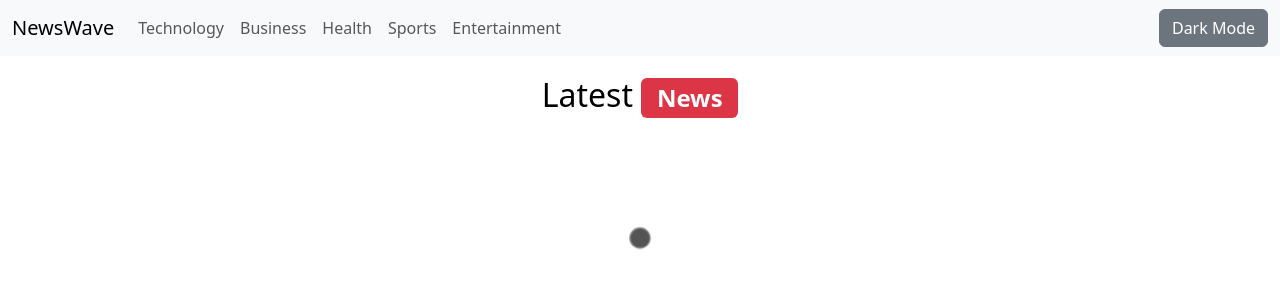
Repository: PranjalTripathi2003/news-wave
Page: /
These files come from the project's save history. The page is drawn as it stood at one moment and after the next save; the edit follows.
The browser window is 1280 px wide. The pictures show the whole page.
The page's requests for data from a server got no answer. The project was rebuilt for these pictures with package versions that can differ from the ones it lists, and the page was loaded fresh each time. No one was signed in, and anything a server would have sent is missing. Also part of the build but not shown: vite.config.js, src/styles/NewsItem.css, src/components/NewsItem.jsx.

Above is the page before, as saved 2024-07-26 20:47:16.

### index.html
<!DOCTYPE html>
<html lang="en">
  <head>
    <meta charset="UTF-8" />
    <meta name="viewport" content="width=device-width, initial-scale=1.0" />
    <title>NewsWave</title>
    <link
      href="https://cdn.jsdelivr.net/npm/bootstrap@5.3.3/dist/css/bootstrap.min.css"
      rel="stylesheet"
      integrity="sha384-QWTKZyjpPEjISv5WaRU9OFeRpok6YctnYmDr5pNlyT2bRjXh0JMhjY6hW+ALEwIH"
      crossorigin="anonymous"
    />
    <link rel="icon" href="data:[embedded picture, 141 characters]">
  </head>
  <body>
    <div id="root"></div>
    <script type="module" src="/src/main.jsx"></script>
    <script
      src="https://cdn.jsdelivr.net/npm/bootstrap@5.3.3/dist/js/bootstrap.bundle.min.js"
      integrity="sha384-YvpcrYf0tY3lHB60NNkmXc5s9fDVZLESaAA55NDzOxhy9GkcIdslK1eN7N6jIeHz"
      crossorigin="anonymous"
    ></script>
  </body>
</html>

### src/App.jsx
import React, { useState, useEffect } from "react";
import Navbar from "./components/Navbar";
import NewsBoard from "./components/NewsBoard";
import "./styles/DarkMode.css";

const App = () => {
  const [category, setCategory] = useState("general");
  const [darkMode, setDarkMode] = useState(false);

  const toggleDarkMode = () => {
    setDarkMode(!darkMode);
  };

  useEffect(() => {
    document.body.className = darkMode ? "dark-mode" : "light-mode";
  }, [darkMode]);

  return (
    <>
      <Navbar
        setCategory={setCategory}
        darkMode={darkMode}
        toggleDarkMode={toggleDarkMode}
      />
      <NewsBoard category={category} darkMode={darkMode} />
    </>
  );
};

export default App;

### src/components/Navbar.jsx
import React from "react";
import "../styles/Navbar.css"; // Adjust the path as necessary

const Navbar = ({ setCategory, toggleDarkMode, darkMode }) => {
  return (
    <nav
      className={`navbar navbar-expand-lg ${
        darkMode ? "navbar-dark bg-dark" : "navbar-light bg-light"
      }`}
    >
      <div className="container-fluid">
        <a className="navbar-brand" onClick={() => setCategory("general")}>
          NewsWave
        </a>
        <button
          className="navbar-toggler"
          type="button"
          data-bs-toggle="collapse"
          data-bs-target="#navbarNav"
          aria-controls="navbarNav"
          aria-expanded="false"
          aria-label="Toggle navigation"
        >
          <span className="navbar-toggler-icon"></span>
        </button>
        <div className="collapse navbar-collapse" id="navbarNav">
          <ul className="navbar-nav">
            <li className="nav-item">
              <div
                className="nav-link"
                onClick={() => setCategory("technology")}
              >
                Technology
              </div>
            </li>
            <li className="nav-item">
              <div className="nav-link" onClick={() => setCategory("business")}>
                Business
              </div>
            </li>
            <li className="nav-item">
              <div className="nav-link" onClick={() => setCategory("health")}>
                Health
              </div>
            </li>
            <li className="nav-item">
              <div className="nav-link" onClick={() => setCategory("sports")}>
                Sports
              </div>
            </li>
            <li className="nav-item">
              <div
                className="nav-link"
                onClick={() => setCategory("entertainment")}
              >
                Entertainment
              </div>
            </li>
          </ul>
          <button
            className="btn btn-secondary ms-auto"
            onClick={toggleDarkMode}
          >
            {darkMode ? "Light Mode" : "Dark Mode"}
          </button>
        </div>
      </div>
    </nav>
  );
};

export default Navbar;

### src/components/NewsBoard.jsx
import React, { useEffect, useState } from "react";
import NewsItem from "./NewsItem";
import Spinner from "./Spinner";
import "../styles/NewsBoard.css";

const NewsBoard = ({ category, darkMode }) => {
  const [articles, setArticles] = useState([]);
  const [loading, setLoading] = useState(true);

  useEffect(() => {
    setLoading(true);
    let url = `https://newsapi.org/v2/top-headlines?country=in&category=${category}&apiKey=${
      import.meta.env.VITE_API_KEY
    }`;
    fetch(url).then((response) => {
      response.json().then((data) => {
        setArticles(data.articles);
        setLoading(false);
      });
    });
  }, [category]);

  return (
    <div className={darkMode ? "dark-mode" : "light-mode"}>
      <h2 className="text-center header-margin">
        Latest <span className="badge bg-danger">News</span>
      </h2>
      {loading ? (
        <Spinner />
      ) : (
        articles.map((news, index) => {
          return (
            <NewsItem
              key={index}
              title={news.title}
              description={news.description}
              src={news.urlToImage}
              url={news.url}
              darkMode={darkMode} // Pass dark mode state
            />
          );
        })
      )}
    </div>
  );
};

export default NewsBoard;

### src/styles/DarkMode.css
/* DarkMode.css */
body.dark-mode {
  background-color: #2E2E2E; /* Graying dark background */
  color: #ffffff;
}

body.light-mode {
  background-color: #ffffff;
  color: #000000;
}

.navbar-dark {
  background-color: #343a40 !important;
}

.navbar-light {
  background-color: #f8f9fa !important;
}

.bg-dark {
  background-color: #343a40 !important;
}

.text-light {
  color: #ffffff !important;
}

### src/styles/Navbar.css
/* Navbar.css */
.nav-link,
.container-fluid {
  cursor: pointer;
}

### src/components/Spinner.jsx
import React from "react";
import "../styles/Spinner.css";

const Spinner = () => {
  return (
    <div className="spinner">
      <div className="double-bounce1"></div>
      <div className="double-bounce2"></div>
    </div>
  );
};

export default Spinner;

### src/styles/NewsBoard.css
.news-board {
  display: flex;
  flex-wrap: wrap;
  justify-content: center;
}
.header-margin {
  margin-top: 20px; /* Adjust the value as needed */
}

### src/styles/Spinner.css
/* Spinner.css */
.spinner {
  width: 40px;
  height: 40px;
  position: relative;
  margin: 100px auto;
}

.double-bounce1,
.double-bounce2 {
  width: 100%;
  height: 100%;
  border-radius: 50%;
  background-color: #333;
  opacity: 0.6;
  position: absolute;
  top: 0;
  left: 0;
  animation: sk-bounce 2.0s infinite ease-in-out;
}

.double-bounce2 {
  animation-delay: -1.0s;
}

@keyframes sk-bounce {
  0%,
  100% {
    transform: scale(0);
  }
  50% {
    transform: scale(1);
  }
}

/* Dark mode styles */
body.dark-mode .spinner .double-bounce1,
body.dark-mode .spinner .double-bounce2 {
  background-color: #ffffff; /* White color for dark mode */
}

Loaded but not shown: src/main.jsx (common file)

After the next save:
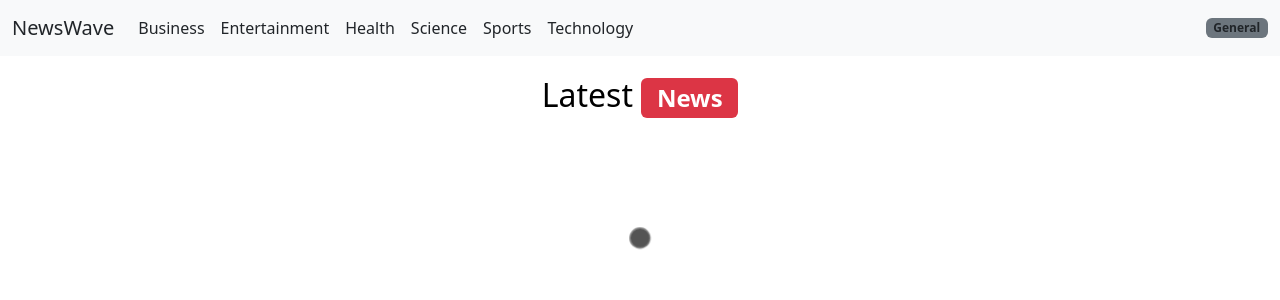
Saved 2 min 37 s later.
--- a/src/components/Navbar.jsx
+++ b/src/components/Navbar.jsx
@@ -9,7 +9,10 @@ const Navbar = ({ setCategory, toggleDarkMode, darkMode }) => {
       }`}
     >
       <div className="container-fluid">
-        <a className="navbar-brand" onClick={() => setCategory("general")}>
+        <a
+          className={`navbar-brand ${darkMode ? "text-light" : "text-dark"}`}
+          onClick={() => setCategory("general")}
+        >
           NewsWave
         </a>
         <button
@@ -24,45 +27,64 @@ const Navbar = ({ setCategory, toggleDarkMode, darkMode }) => {
           <span className="navbar-toggler-icon"></span>
         </button>
         <div className="collapse navbar-collapse" id="navbarNav">
-          <ul className="navbar-nav">
+          <ul className="navbar-nav me-auto mb-2 mb-lg-0">
             <li className="nav-item">
-              <div
-                className="nav-link"
+              <a
+                className={`nav-link ${darkMode ? "text-light" : "text-dark"}`}
+                onClick={() => setCategory("business")}
+              >
+                Business
+              </a>
+            </li>
+            <li className="nav-item">
+              <a
+                className={`nav-link ${darkMode ? "text-light" : "text-dark"}`}
+                onClick={() => setCategory("entertainment")}
+              >
+                Entertainment
+              </a>
+            </li>
+            <li className="nav-item">
+              <a
+                className={`nav-link ${darkMode ? "text-light" : "text-dark"}`}
+                onClick={() => setCategory("health")}
+              >
+                Health
+              </a>
+            </li>
+            <li className="nav-item">
+              <a
+                className={`nav-link ${darkMode ? "text-light" : "text-dark"}`}
+                onClick={() => setCategory("science")}
+              >
+                Science
+              </a>
+            </li>
+            <li className="nav-item">
+              <a
+                className={`nav-link ${darkMode ? "text-light" : "text-dark"}`}
+                onClick={() => setCategory("sports")}
+              >
+                Sports
+              </a>
+            </li>
+            <li className="nav-item">
+              <a
+                className={`nav-link ${darkMode ? "text-light" : "text-dark"}`}
                 onClick={() => setCategory("technology")}
               >
                 Technology
-              </div>
-            </li>
-            <li className="nav-item">
-              <div className="nav-link" onClick={() => setCategory("business")}>
-                Business
-              </div>
-            </li>
-            <li className="nav-item">
-              <div className="nav-link" onClick={() => setCategory("health")}>
-                Health
-              </div>
-            </li>
-            <li className="nav-item">
-              <div className="nav-link" onClick={() => setCategory("sports")}>
-                Sports
-              </div>
-            </li>
-            <li className="nav-item">
-              <div
-                className="nav-link"
-                onClick={() => setCategory("entertainment")}
-              >
-                Entertainment
-              </div>
+              </a>
             </li>
           </ul>
-          <button
-            className="btn btn-secondary ms-auto"
-            onClick={toggleDarkMode}
-          >
-            {darkMode ? "Light Mode" : "Dark Mode"}
-          </button>
+          <div className="badge text-bg-secondary">
+            <a
+              className={`nav-link ${darkMode ? "text-light" : "text-dark"}`}
+              onClick={() => setCategory("general")}
+            >
+              General
+            </a>
+          </div>
         </div>
       </div>
     </nav>
